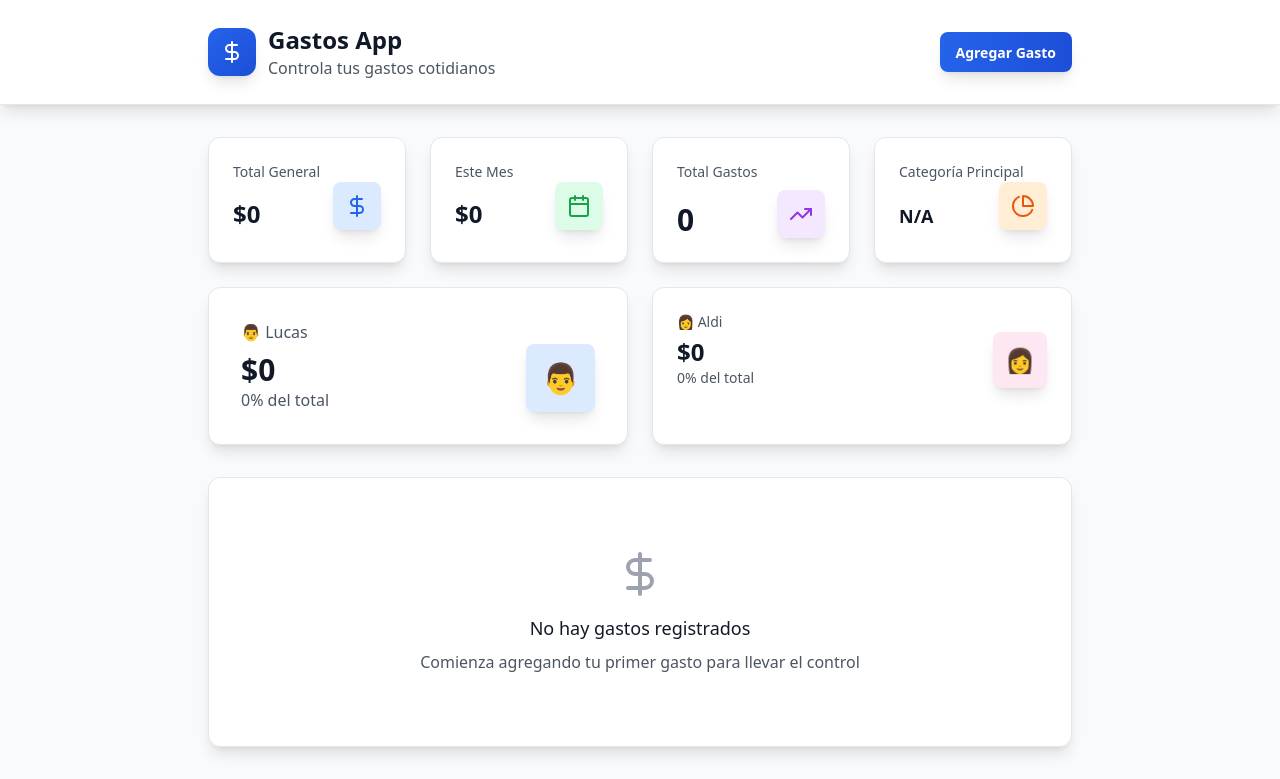
Repository: lucastenaglia/Gastosapp
Page: /
An editor plug-in stored every save of this project. The page is shown before and after the next save, followed by the edit.
The browser window is 1280 px wide. The pictures show the whole page.
The page's requests for data from a server got no answer. The project was rebuilt for these pictures with package versions that can differ from the ones it lists, and the page was loaded fresh each time. No one was signed in, and anything a server would have sent is missing. Also part of the build but not shown: vite.config.js, src/components/ExpenseForm.jsx.

Above is the page before, as saved 2025-08-03 21:46:40.

### index.html
<!DOCTYPE html>
<html lang="es">
  <head>
    <meta charset="UTF-8" />
    <link rel="icon" type="image/svg+xml" href="data:[embedded picture, 125 characters]" />
    <meta name="viewport" content="width=device-width, initial-scale=1.0" />
    <title>Gastos App - Control de Gastos Cotidianos</title>
  </head>
  <body>
    <div id="root"></div>
    <script type="module" src="/src/main.jsx"></script>
  </body>
</html>

### src/App.jsx
import { useState, useEffect } from 'react'
import Header from './components/Header'
import ExpenseForm from './components/ExpenseForm'
import ExpenseList from './components/ExpenseList'
import ExpenseSummary from './components/ExpenseSummary'
import { getExpenses, addExpense, updateExpense, deleteExpense } from './services/expenseService'

function App() {
  const [expenses, setExpenses] = useState([])
  const [isFormOpen, setIsFormOpen] = useState(false)
  const [loading, setLoading] = useState(true)
  const [error, setError] = useState(null)

  // Cargar gastos al iniciar la aplicación
  useEffect(() => {
    loadExpenses()
  }, [])

  // Cerrar modal con Escape
  useEffect(() => {
    const handleEscape = (e) => {
      if (e.key === 'Escape' && isFormOpen) {
        setIsFormOpen(false)
      }
    }

    document.addEventListener('keydown', handleEscape)
    return () => document.removeEventListener('keydown', handleEscape)
  }, [isFormOpen])

  const loadExpenses = async () => {
    try {
      setLoading(true)
      const data = await getExpenses()
      setExpenses(data)
      setError(null)
    } catch (err) {
      setError('Error al cargar los gastos')
      console.error(err)
    } finally {
      setLoading(false)
    }
  }

  const handleAddExpense = async (expense) => {
    try {
      const newExpense = await addExpense(expense)
      setExpenses([newExpense, ...expenses])
      setIsFormOpen(false)
    } catch (err) {
      setError('Error al agregar el gasto')
      console.error(err)
    }
  }

  const handleDeleteExpense = async (id) => {
    try {
      await deleteExpense(id)
      setExpenses(expenses.filter(expense => expense.id !== id))
    } catch (err) {
      setError('Error al eliminar el gasto')
      console.error(err)
    }
  }

  const handleEditExpense = async (id, updatedExpense) => {
    try {
      const updated = await updateExpense(id, updatedExpense)
      setExpenses(expenses.map(expense =>
        expense.id === id ? updated : expense
      ))
    } catch (err) {
      setError('Error al actualizar el gasto')
      console.error(err)
    }
  }

  return (
    <div className="min-h-screen bg-gray-50">
      <Header onAddExpense={() => setIsFormOpen(true)} />

      <main className="container mx-auto px-4 py-8 max-w-4xl">
        {error && (
          <div className="bg-red-100 border border-red-400 text-red-700 px-4 py-3 rounded mb-6">
            {error}
          </div>
        )}

        <ExpenseSummary expenses={expenses} />

        <div className="mt-8">
          <ExpenseList
            expenses={expenses}
            onDelete={handleDeleteExpense}
            onEdit={handleEditExpense}
            loading={loading}
          />
        </div>
      </main>

      {/* Modal Overlay */}
      {isFormOpen && (
        <div
          className="fixed inset-0 bg-black bg-opacity-50 flex items-center justify-center z-50 p-4 animate-in fade-in duration-200"
          onClick={() => setIsFormOpen(false)}
        >
          <div
            className="bg-white rounded-xl shadow-2xl max-w-md w-full mx-4 max-h-[90vh] overflow-y-auto animate-in zoom-in-95 duration-200"
            onClick={(e) => e.stopPropagation()}
          >
            <ExpenseForm
              onSubmit={handleAddExpense}
              onCancel={() => setIsFormOpen(false)}
            />
          </div>
        </div>
      )}
    </div>
  )
}

export default App

### src/index.css
@tailwind base;
@tailwind components;
@tailwind utilities;

@layer base {
  body {
    @apply bg-gray-50 text-gray-900;
  }
}

@layer components {
                .btn-primary {
                @apply bg-primary-600 hover:bg-primary-700 text-white font-medium py-2 px-4 rounded-lg transition-all duration-300 shadow-md hover:shadow-lg hover:-translate-y-0.5 transform;
              }

              .btn-secondary {
                @apply bg-gray-200 hover:bg-gray-300 text-gray-800 font-medium py-2 px-4 rounded-lg transition-all duration-300 shadow-md hover:shadow-lg hover:-translate-y-0.5 transform;
              }

                .input-field {
                @apply w-full px-3 py-2 border border-gray-300 rounded-lg focus:outline-none focus:ring-2 focus:ring-primary-500 focus:border-transparent shadow-sm focus:shadow-md transition-all duration-300;
              }

                            .card {
                @apply bg-white rounded-xl shadow-lg border border-gray-200 p-6 transform transition-all duration-300 hover:shadow-2xl hover:-translate-y-1;
              }

              .modal-enter {
                @apply opacity-0 scale-95;
              }

              .modal-enter-active {
                @apply opacity-100 scale-100 transition-all duration-200 ease-out;
              }

              .modal-exit {
                @apply opacity-100 scale-100;
              }

              .modal-exit-active {
                @apply opacity-0 scale-95 transition-all duration-200 ease-in;
              }
}

### src/components/Header.jsx
import { Plus, DollarSign } from 'lucide-react'

const Header = ({ onAddExpense }) => {
  return (
    <header className="bg-white shadow-lg border-b border-gray-200">
      <div className="container mx-auto px-4 py-6 max-w-4xl">
        <div className="flex items-center justify-between">
          <div className="flex items-center space-x-3">
            <div className="bg-gradient-to-br from-primary-600 to-primary-700 p-3 rounded-xl shadow-lg">
              <DollarSign className="h-6 w-6 text-white" />
            </div>
            <div>
              <h1 className="text-2xl font-bold text-gray-900">Gastos App</h1>
              <p className="text-gray-600">Controla tus gastos cotidianos</p>
            </div>
          </div>

          <button
            onClick={onAddExpense}
            className="bg-gradient-to-r from-primary-600 to-primary-700 active:from-primary-800 active:to-primary-900 text-white font-semibold py-2 px-4 rounded-lg shadow-lg hover:shadow-xl active:shadow-md active:translate-y-0.5 transition-all duration-200 border-0 focus:outline-none focus:ring-2 focus:ring-primary-300"
          >
            <span className="text-sm">Agregar Gasto</span>
          </button>
        </div>
      </div>
    </header>
  )
}

export default Header

### src/components/ExpenseList.jsx
import { useState } from 'react'
import { Trash2, Edit, Calendar, DollarSign } from 'lucide-react'

const ExpenseList = ({ expenses, onDelete, onEdit, loading }) => {
  const [editingId, setEditingId] = useState(null)
  const [editForm, setEditForm] = useState({})

  const categoryIcons = {
    comida: '🍽️',
    super: '🛒',
    auto: '🚗',
    entretenimiento: '🎮',
    salud: '💊',
    ropa: '👕',
    hogar: '🏠',
    otros: '📦'
  }

  const categoryColors = {
    comida: 'bg-orange-100 text-orange-800',
    super: 'bg-red-100 text-red-800',
    auto: 'bg-blue-100 text-blue-800',
    entretenimiento: 'bg-purple-100 text-purple-800',
    salud: 'bg-green-100 text-green-800',
    ropa: 'bg-pink-100 text-pink-800',
    hogar: 'bg-yellow-100 text-yellow-800',
    otros: 'bg-gray-100 text-gray-800'
  }

  const handleEdit = (expense) => {
    setEditingId(expense.id)
    setEditForm({
      description: expense.description,
      amount: expense.amount.toString(),
      category: expense.category,
      person: expense.person || 'lucas',
      date: expense.date
    })
  }

  const handleSaveEdit = (id) => {
    onEdit(id, {
      ...editForm,
      amount: parseFloat(editForm.amount)
    })
    setEditingId(null)
    setEditForm({})
  }

  const handleCancelEdit = () => {
    setEditingId(null)
    setEditForm({})
  }

  const formatDate = (dateString) => {
    const date = new Date(dateString)
    return date.toLocaleDateString('es-ES', {
      year: 'numeric',
      month: 'short',
      day: 'numeric'
    })
  }

  if (loading) {
    return (
      <div className="card">
        <div className="text-center py-12">
          <div className="animate-spin rounded-full h-12 w-12 border-b-2 border-primary-600 mx-auto mb-4"></div>
          <h3 className="text-lg font-medium text-gray-900 mb-2">
            Cargando gastos...
          </h3>
          <p className="text-gray-600">
            Conectando con la base de datos
          </p>
        </div>
      </div>
    )
  }

  if (expenses.length === 0) {
    return (
      <div className="card">
        <div className="text-center py-12">
          <DollarSign className="h-12 w-12 text-gray-400 mx-auto mb-4" />
          <h3 className="text-lg font-medium text-gray-900 mb-2">
            No hay gastos registrados
          </h3>
          <p className="text-gray-600">
            Comienza agregando tu primer gasto para llevar el control
          </p>
        </div>
      </div>
    )
  }

  return (
    <div className="card">
      <h2 className="text-xl font-semibold text-gray-900 mb-6">
        Historial de Gastos
      </h2>

      <div className="space-y-3">
        {expenses.map(expense => (
          <div key={expense.id} className="border border-gray-200 rounded-lg p-3 sm:p-4 bg-white shadow-md hover:shadow-xl hover:-translate-y-1 transform transition-all duration-300">
            {editingId === expense.id ? (
              <div className="space-y-3">
                <input
                  type="text"
                  value={editForm.description}
                  onChange={(e) => setEditForm({...editForm, description: e.target.value})}
                  className="input-field"
                />
                <div className="grid grid-cols-1 sm:grid-cols-2 gap-3">
                  <input
                    type="number"
                    value={editForm.amount}
                    onChange={(e) => setEditForm({...editForm, amount: e.target.value})}
                    className="input-field"
                    step="1"
                    min="0"
                  />
                  <select
                    value={editForm.category}
                    onChange={(e) => setEditForm({...editForm, category: e.target.value})}
                    className="input-field"
                  >
                    <option value="comida">🍽️ Comida</option>
                    <option value="super">🛒 Super</option>
                    <option value="auto">🚗 Auto</option>
                    <option value="entretenimiento">🎮 Entretenimiento</option>
                    <option value="salud">💊 Salud</option>
                    <option value="ropa">👕 Ropa</option>
                    <option value="hogar">🏠 Hogar</option>
                    <option value="otros">📦 Otros</option>
                  </select>
                </div>
                <div className="grid grid-cols-1 sm:grid-cols-2 gap-3">
                  <select
                    value={editForm.person}
                    onChange={(e) => setEditForm({...editForm, person: e.target.value})}
                    className="input-field"
                  >
                    <option value="lucas">👨 Lucas</option>
                    <option value="aldi">👩 Aldi</option>
                  </select>
                  <input
                    type="date"
                    value={editForm.date}
                    onChange={(e) => setEditForm({...editForm, date: e.target.value})}
                    className="input-field"
                  />
                </div>
                <div className="flex space-x-2">
                  <button
                    onClick={() => handleSaveEdit(expense.id)}
                    className="btn-primary text-sm flex-1"
                  >
                    Guardar
                  </button>
                  <button
                    onClick={handleCancelEdit}
                    className="btn-secondary text-sm flex-1"
                  >
                    Cancelar
                  </button>
                </div>
              </div>
            ) : (
              <div className="space-y-3">
                {/* Header con icono, descripción y monto */}
                <div className="flex items-start justify-between">
                  <div className="flex items-center space-x-3 flex-1 min-w-0">
                    <div className={`p-2 rounded-lg flex-shrink-0 ${categoryColors[expense.category]}`}>
                      <span className="text-lg">{categoryIcons[expense.category]}</span>
                    </div>

                    <div className="flex-1 min-w-0">
                      <h3 className="font-medium text-gray-900 truncate">
                        {expense.description}
                      </h3>
                      <div className="flex items-center space-x-2 text-sm text-gray-600 mt-1">
                        <span className="flex items-center space-x-1">
                          <Calendar className="h-3 w-3" />
                          <span className="hidden sm:inline">{formatDate(expense.date)}</span>
                          <span className="sm:hidden">{new Date(expense.date).toLocaleDateString('es-ES', { day: '2-digit', month: '2-digit' })}</span>
                        </span>
                        <span className="hidden sm:inline">•</span>
                        <span className="capitalize text-xs sm:text-sm">{expense.category}</span>
                      </div>
                    </div>
                  </div>

                  <div className="flex items-center space-x-2 flex-shrink-0">
                    <span className="text-lg font-semibold text-gray-900">
                      ${expense.amount}
                    </span>

                    <div className="flex space-x-1">
                      <button
                        onClick={() => handleEdit(expense)}
                        className="p-1 text-gray-400 hover:text-blue-600 transition-colors"
                        title="Editar"
                      >
                        <Edit className="h-4 w-4" />
                      </button>
                      <button
                        onClick={() => onDelete(expense.id)}
                        className="p-1 text-gray-400 hover:text-red-600 transition-colors"
                        title="Eliminar"
                      >
                        <Trash2 className="h-4 w-4" />
                      </button>
                    </div>
                  </div>
                </div>

                {/* Información adicional en móvil */}
                <div className="sm:hidden flex items-center justify-between text-sm text-gray-600 border-t pt-2">
                  <span className="flex items-center space-x-1">
                    <span>{expense.person === 'lucas' ? '👨' : '👩'}</span>
                    <span className="capitalize">{expense.person || 'lucas'}</span>
                  </span>
                  <span className="text-xs">
                    {new Date(expense.date).toLocaleDateString('es-ES', { year: 'numeric' })}
                  </span>
                </div>
              </div>
            )}
          </div>
        ))}
      </div>
    </div>
  )
}

export default ExpenseList

### src/components/ExpenseSummary.jsx
import { TrendingUp, Calendar, DollarSign, PieChart } from 'lucide-react'

const ExpenseSummary = ({ expenses }) => {
  const totalExpenses = expenses.reduce((sum, expense) => sum + expense.amount, 0)

  const today = new Date()
  const thisMonth = today.getMonth()
  const thisYear = today.getFullYear()

  const monthlyExpenses = expenses.filter(expense => {
    const expenseDate = new Date(expense.date)
    return expenseDate.getMonth() === thisMonth && expenseDate.getFullYear() === thisYear
  })

  const monthlyTotal = monthlyExpenses.reduce((sum, expense) => sum + expense.amount, 0)

  const categoryTotals = expenses.reduce((acc, expense) => {
    acc[expense.category] = (acc[expense.category] || 0) + expense.amount
    return acc
  }, {})

  const topCategory = Object.entries(categoryTotals).sort(([,a], [,b]) => b - a)[0]

  // Estadísticas por persona
  const personTotals = expenses.reduce((acc, expense) => {
    const person = expense.person || 'lucas'
    acc[person] = (acc[person] || 0) + expense.amount
    return acc
  }, {})

  const lucasTotal = personTotals.lucas || 0
  const aldiTotal = personTotals.aldi || 0

  const formatCurrency = (amount) => {
    return `$${Math.round(amount).toLocaleString('en-US')}`
  }

  return (
    <div className="space-y-4 sm:space-y-6">
      {/* Primera fila - Estadísticas generales */}
      <div className="grid grid-cols-2 lg:grid-cols-4 gap-3 sm:gap-6">
                 {/* Total General */}
         <div className="card relative p-4 sm:p-6">
           <div>
             <p className="text-xs sm:text-sm font-medium text-gray-600">Total General</p>
             <div className="flex items-end justify-between">
               <p className="text-lg sm:text-2xl font-bold text-gray-900">
                 {formatCurrency(totalExpenses)}
               </p>
               <div className="bg-blue-100 p-2 sm:p-3 rounded-lg shadow-lg">
                 <DollarSign className="h-4 w-4 sm:h-6 sm:w-6 text-blue-600" />
               </div>
             </div>
           </div>
         </div>

                 {/* Gastos del Mes */}
         <div className="card relative p-4 sm:p-6">
           <div>
             <p className="text-xs sm:text-sm font-medium text-gray-600">Este Mes</p>
             <div className="flex items-end justify-between">
               <p className="text-lg sm:text-2xl font-bold text-gray-900">
                 {formatCurrency(monthlyTotal)}
               </p>
               <div className="bg-green-100 p-2 sm:p-3 rounded-lg shadow-lg">
                 <Calendar className="h-4 w-4 sm:h-6 sm:w-6 text-green-600" />
               </div>
             </div>
           </div>
         </div>

                 {/* Total de Gastos */}
         <div className="card relative p-4 sm:p-6">
           <div>
             <p className="text-xs sm:text-sm font-medium text-gray-600">Total Gastos</p>
             <div className="flex items-end justify-between mt-2">
               <p className="text-2xl sm:text-3xl font-bold text-gray-900">
                 {expenses.length}
               </p>
               <div className="bg-purple-100 p-2 sm:p-3 rounded-lg shadow-lg self-end">
                 <TrendingUp className="h-4 w-4 sm:h-6 sm:w-6 text-purple-600" />
               </div>
             </div>
           </div>
         </div>

                 {/* Categoría Principal */}
         <div className="card relative p-4 sm:p-6">
           <div>
             <p className="text-xs sm:text-sm font-medium text-gray-600">Categoría Principal</p>
             <div className="flex items-end justify-between">
               <div>
                 <p className="text-base sm:text-lg font-semibold text-gray-900 capitalize">
                   {topCategory ? topCategory[0] : 'N/A'}
                 </p>
                 {topCategory && (
                   <p className="text-xs sm:text-sm text-gray-600">
                     {formatCurrency(topCategory[1])}
                   </p>
                 )}
               </div>
               <div className="bg-orange-100 p-2 sm:p-3 rounded-lg shadow-lg">
                 <PieChart className="h-4 w-4 sm:h-6 sm:w-6 text-orange-600" />
               </div>
             </div>
           </div>
         </div>
      </div>

             {/* Segunda fila - Estadísticas por persona */}
       <div className="grid grid-cols-1 sm:grid-cols-2 gap-3 sm:gap-6">
                 {/* Gastos de Lucas */}
         <div className="card relative p-4 sm:p-6 lg:p-8">
           <div>
             <p className="text-xs sm:text-sm lg:text-base font-medium text-gray-600">👨 Lucas</p>
             <div className="flex items-end justify-between">
               <div>
                 <p className="text-lg sm:text-2xl lg:text-3xl font-bold text-gray-900">
                   {formatCurrency(lucasTotal)}
                 </p>
                 <p className="text-xs sm:text-sm lg:text-base text-gray-600">
                   {totalExpenses > 0 ? `${((lucasTotal / totalExpenses) * 100).toFixed(1)}%` : '0%'} del total
                 </p>
               </div>
               <div className="bg-blue-100 p-2 sm:p-3 lg:p-4 rounded-lg shadow-lg">
                 <span className="text-lg sm:text-2xl lg:text-3xl">👨</span>
               </div>
             </div>
           </div>
         </div>

                 {/* Gastos de Aldi */}
         <div className="card relative p-4 sm:p-6">
           <div>
             <p className="text-xs sm:text-sm font-medium text-gray-600">👩 Aldi</p>
             <div className="flex items-end justify-between">
               <div>
                 <p className="text-lg sm:text-2xl font-bold text-gray-900">
                   {formatCurrency(aldiTotal)}
                 </p>
                 <p className="text-xs sm:text-sm text-gray-600">
                   {totalExpenses > 0 ? `${((aldiTotal / totalExpenses) * 100).toFixed(1)}%` : '0%'} del total
                 </p>
               </div>
               <div className="bg-pink-100 p-2 sm:p-3 rounded-lg shadow-lg">
                 <span className="text-lg sm:text-2xl">👩</span>
               </div>
             </div>
           </div>
         </div>
      </div>
    </div>
  )
}

export default ExpenseSummary

### src/lib/supabase.js
import { createClient } from '@supabase/supabase-js'

// Configuración de Supabase
const supabaseUrl = 'https://tiarifmkqcayodakifqu.supabase.co'
const supabaseAnonKey = 'eyJhbGciOiJIUzI1NiIsInR5cCI6IkpXVCJ9.eyJpc3MiOiJzdXBhYmFzZSIsInJlZiI6InRpYXJpZm1rcWNheW9kYWtpZnF1Iiwicm9sZSI6ImFub24iLCJpYXQiOjE3NTQyMzYxMzcsImV4cCI6MjA2OTgxMjEzN30.qJr6Xvo0UF5_XPq4UWidASjwgjcWPFJ8CqR6mAHSsTU'

export const supabase = createClient(supabaseUrl, supabaseAnonKey)

### tailwind.config.js
/** @type {import('tailwindcss').Config} */
export default {
  content: [
    "./index.html",
    "./src/**/*.{js,ts,jsx,tsx}",
  ],
  theme: {
    extend: {
      colors: {
        primary: {
          50: '#eff6ff',
          500: '#3b82f6',
          600: '#2563eb',
          700: '#1d4ed8',
        }
      }
    },
  },
  plugins: [],
}

Loaded but not shown: src/main.jsx (common file); src/services/expenseService.js (78 lines, source omitted)

After the next save:
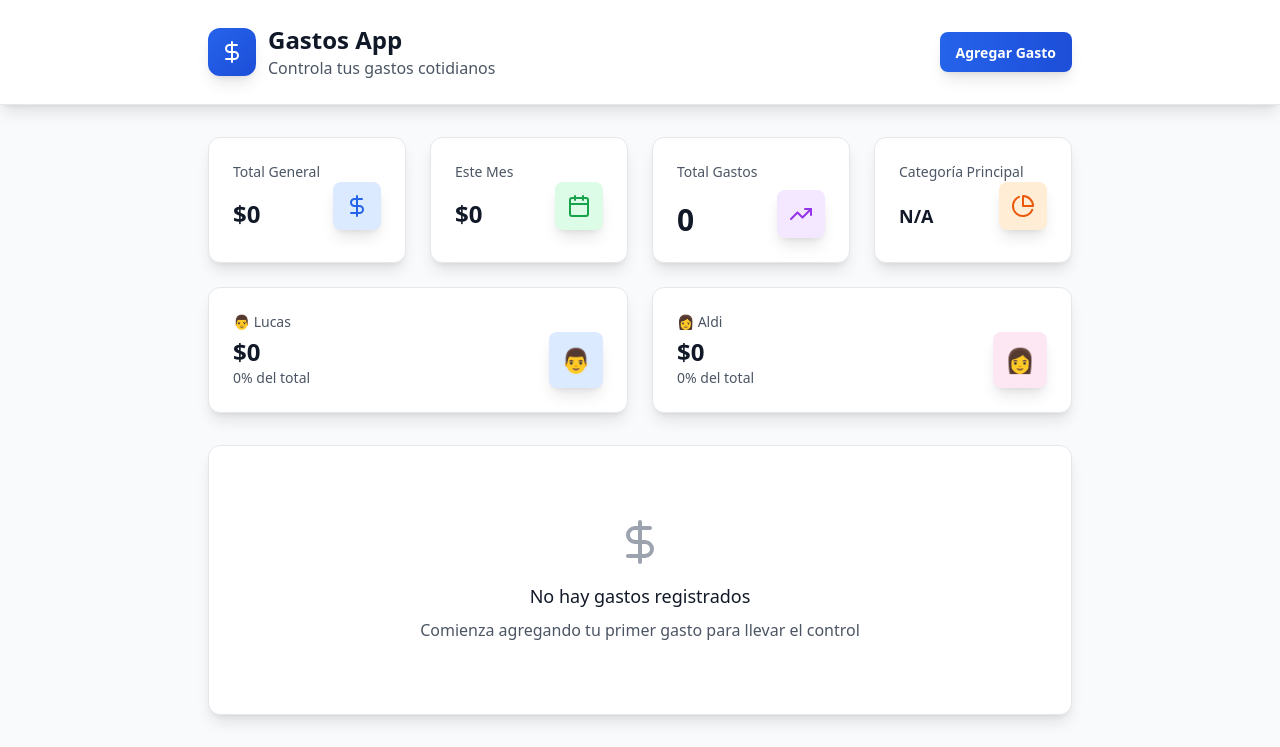
Saved 10 s later.
--- a/src/components/ExpenseSummary.jsx
+++ b/src/components/ExpenseSummary.jsx
@@ -110,20 +110,20 @@ const ExpenseSummary = ({ expenses }) => {
              {/* Segunda fila - Estadísticas por persona */}
        <div className="grid grid-cols-1 sm:grid-cols-2 gap-3 sm:gap-6">
                  {/* Gastos de Lucas */}
-         <div className="card relative p-4 sm:p-6 lg:p-8">
+         <div className="card relative p-4 sm:p-6">
            <div>
-             <p className="text-xs sm:text-sm lg:text-base font-medium text-gray-600">👨 Lucas</p>
+             <p className="text-xs sm:text-sm font-medium text-gray-600">👨 Lucas</p>
              <div className="flex items-end justify-between">
                <div>
-                 <p className="text-lg sm:text-2xl lg:text-3xl font-bold text-gray-900">
+                 <p className="text-lg sm:text-2xl font-bold text-gray-900">
                    {formatCurrency(lucasTotal)}
                  </p>
-                 <p className="text-xs sm:text-sm lg:text-base text-gray-600">
+                 <p className="text-xs sm:text-sm text-gray-600">
                    {totalExpenses > 0 ? `${((lucasTotal / totalExpenses) * 100).toFixed(1)}%` : '0%'} del total
                  </p>
                </div>
-               <div className="bg-blue-100 p-2 sm:p-3 lg:p-4 rounded-lg shadow-lg">
-                 <span className="text-lg sm:text-2xl lg:text-3xl">👨</span>
+               <div className="bg-blue-100 p-2 sm:p-3 rounded-lg shadow-lg">
+                 <span className="text-lg sm:text-2xl">👨</span>
                </div>
              </div>
            </div>
